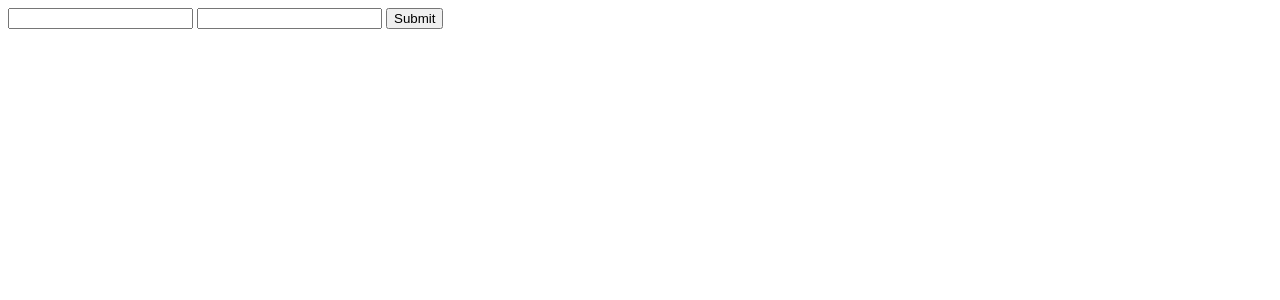
Repository: basithamid/Assignments
Page: JAVA/Assignments/Servlet2/WebContent/login.html
These files come from the project's save history. The page is drawn as it stood at one moment and after the next save; the edit follows.
The browser window is 1280 px wide. The pictures show the whole page.

Above is the page before, as saved 2017-08-23 08:11:22.

After the next save:
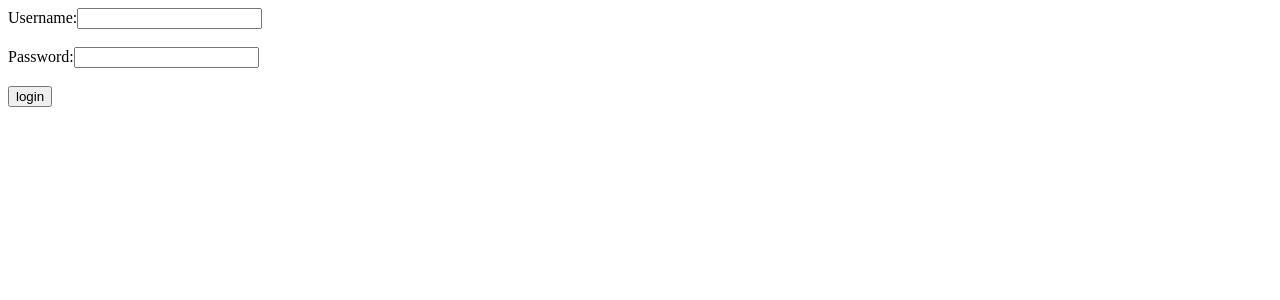
Saved 25 s later.
--- a/JAVA/Assignments/Servlet2/WebContent/login.html
+++ b/JAVA/Assignments/Servlet2/WebContent/login.html
@@ -2,13 +2,13 @@
 <html>
 <head>
 <meta charset="ISO-8859-1">
-<title>Insert title here</title>
+<title>Login Form</title>
 </head>
 <body>
-	<form action="controller?forward=auth" method="post">
-		<input type="text" name="uname">
-		<input type="password" name="pass">
-		<input type="submit" >
+	<form action="controller?forward=Login" method="post">
+	Username:<input type="text" name="uname"/><br/><br/>
+	Password:<input type="password" name="password"/><br/><br/>
+	<input type="submit" value="login"/>
 	</form>
 </body>
 </html>
